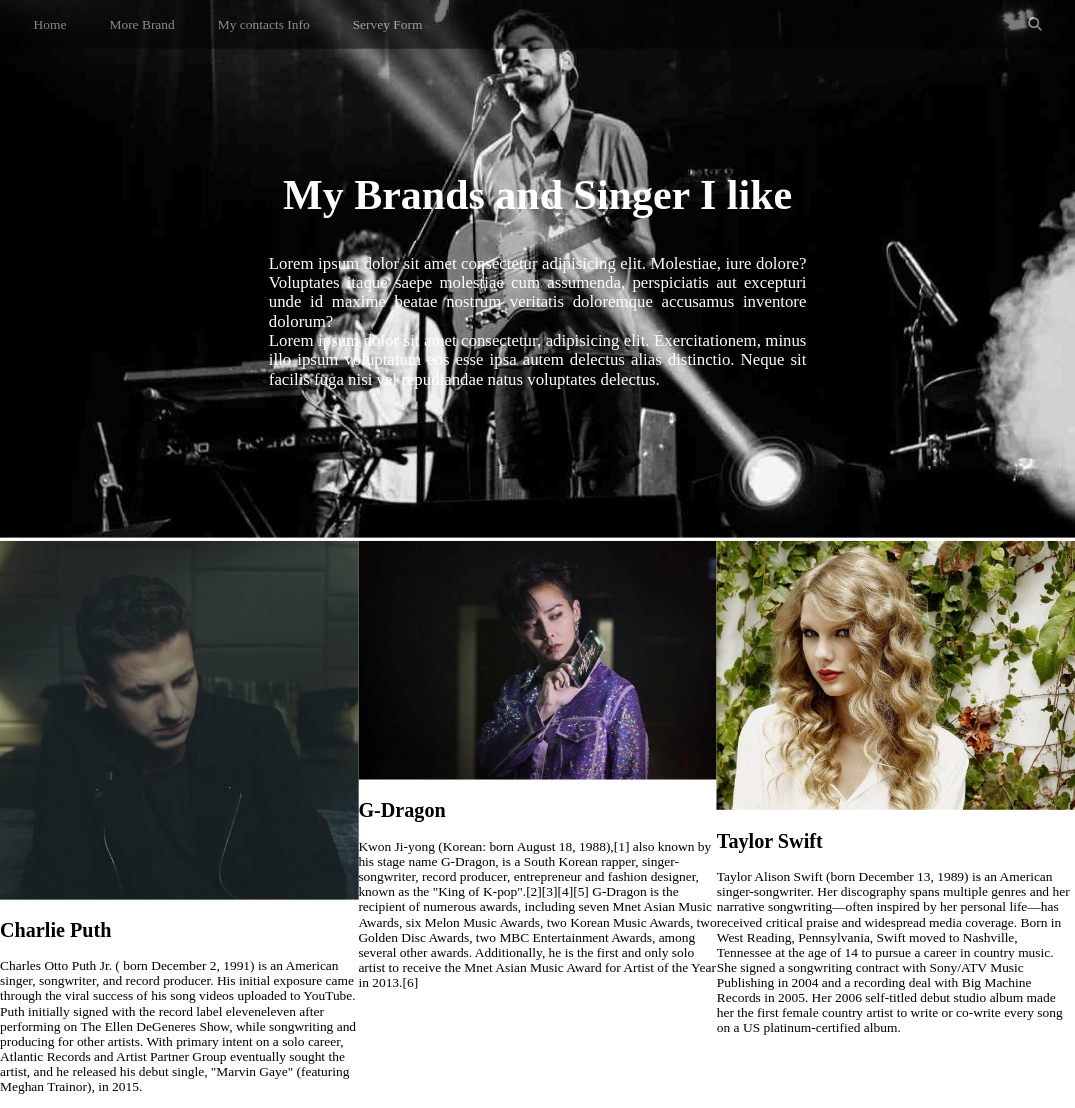
Repository: MinChea36/asm
Page: ASSM1.html
The author's editor kept a copy of each file at every save. The page is drawn from the files as they stood at one save, then again after the next save.
The browser window is 1280 px wide. The pictures show the whole page, at 84% of full size.

Above is the page before, as saved 2022-09-22 22:28:50.

After the next save:
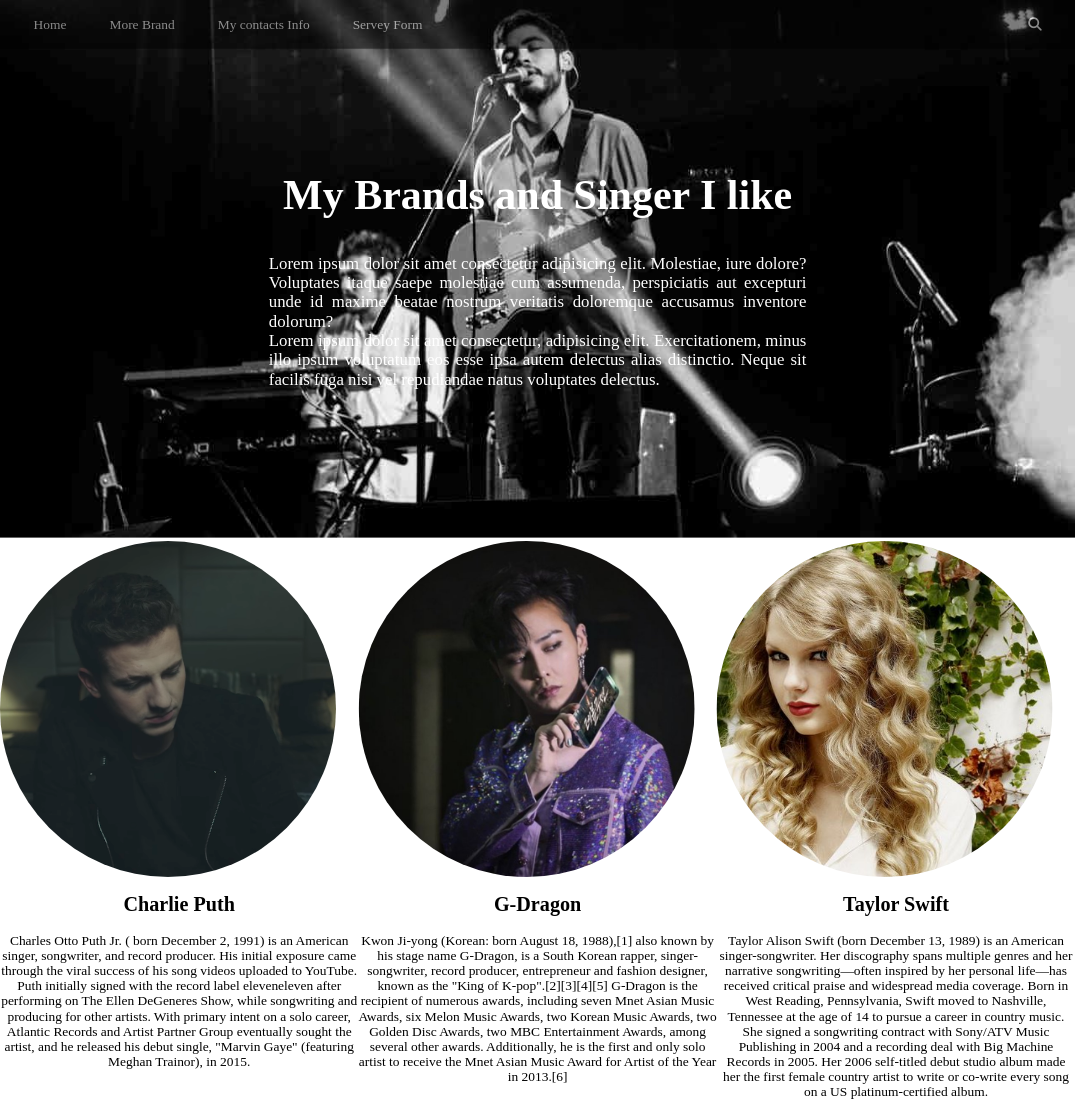
Saved 5 s later.
--- a/style.css
+++ b/style.css
@@ -51,7 +51,9 @@
     grid-template-columns: repeat(3,1fr);
 
 }
-.r
+.row{
+    text-align: center;
+}
 .card-img {
     border-radius: 50%;
     width: 400px;
